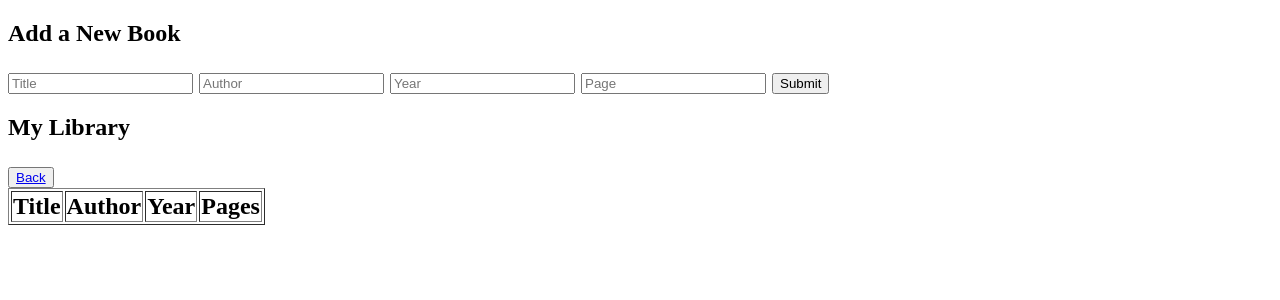
Repository: renanbotasse/library
Page: http://localhost/dashboard
The author's editor kept a copy of each file at every save. The page is drawn from the files as they stood at one save, then again after the next save.
The browser window is 1280 px wide. The pictures show the whole page.
The page is served by the project's Node server (app.js). Queries for data that is not in the repository find no rows.

Above is the page before, as saved 2023-09-05 15:19:24.

After the next save:
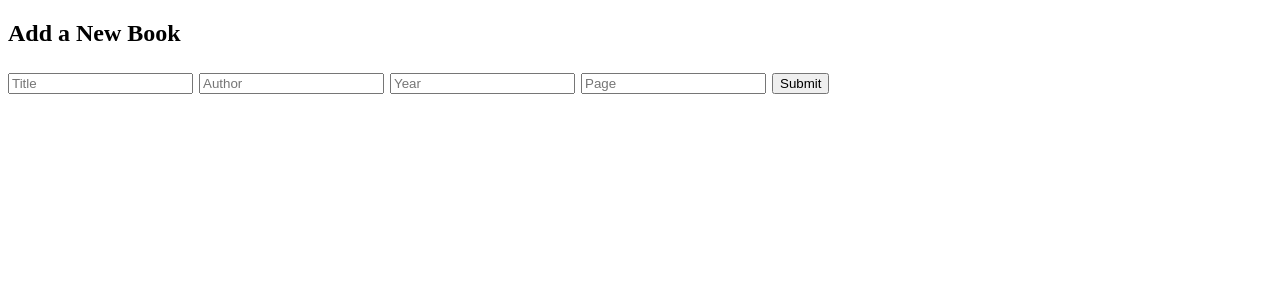
Saved 11 s later.
--- a/views/createBook.ejs
+++ b/views/createBook.ejs
@@ -14,27 +14,3 @@
 		  <input type="text" placeholder=Page name="page">
 		  <button type=”submit”>Submit</button>
 		</form>
-
-  <h2>My Library<h2>
-  <table border="1">
-    <thead>
-      <tr>
-        <td>Title</td>
-        <td>Author</td>
-        <td>Year</td>
-		<td>Pages</td>
-      </tr>
-    </thead>
-    <tbody>
-      <% books.forEach(function(data) { %>
-        <tr>
-          <td><%= data.title %></td>
-          <td><%= data.author %></td>
-          <td><%= data.year %></td>
-		  <td><%= data.pages %></td>
-        </tr>
-     <% }) %>
-   </tbody>
-   <button><a href="/">Back</a></button>
-</body>
-</html>

After the save that followed:
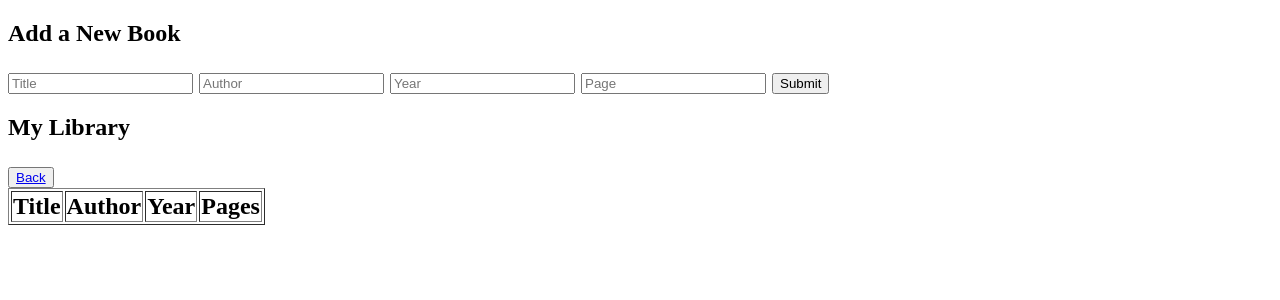
Saved 8 s later.
--- a/views/createBook.ejs
+++ b/views/createBook.ejs
@@ -14,3 +14,27 @@
 		  <input type="text" placeholder=Page name="page">
 		  <button type=”submit”>Submit</button>
 		</form>
+
+  <h2>My Library<h2>
+  <table border="1">
+    <thead>
+      <tr>
+        <td>Title</td>
+        <td>Author</td>
+        <td>Year</td>
+		<td>Pages</td>
+      </tr>
+    </thead>
+    <tbody>
+      <% books.forEach(function(data) { %>
+        <tr>
+          <td><%= data.title %></td>
+          <td><%= data.author %></td>
+          <td><%= data.year %></td>
+		  <td><%= data.pages %></td>
+        </tr>
+     <% }) %>
+   </tbody>
+   <button><a href="/">Back</a></button>
+</body>
+</html>
